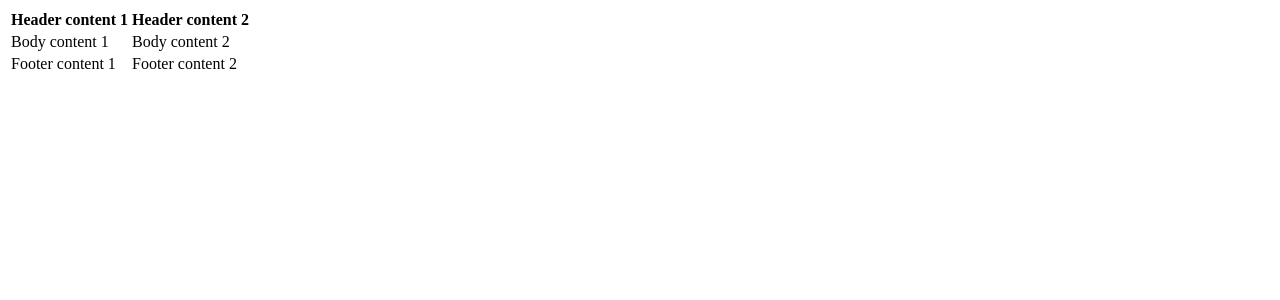
Repository: Bsharpenski/mini-movi-list
Page: html-excercise/favorites.html
An editor plug-in stored every save of this project. The page is shown before and after the next save, followed by the edit.
The browser window is 1280 px wide. The pictures show the whole page.

Above is the page before, as saved 2025-01-28 20:06:55.

### html-excercise/favorites.html
<!DOCTYPE html>
<html lang="en">
    <head>
        <meta charset="utf-8">
        <title>My First Page</title>
    </head>
    <body>
        <table>
            <thead>
              <tr>
                <th>Header content 1</th>
                <th>Header content 2</th>
              </tr>
            </thead>
            <tbody>
              <tr>
                <td>Body content 1</td>
                <td>Body content 2</td>
              </tr>
            </tbody>
            <tfoot>
              <tr>
                <td>Footer content 1</td>
                <td>Footer content 2</td>
              </tr>
            </tfoot>
          </table>
    </body>
</html>

After the next save:
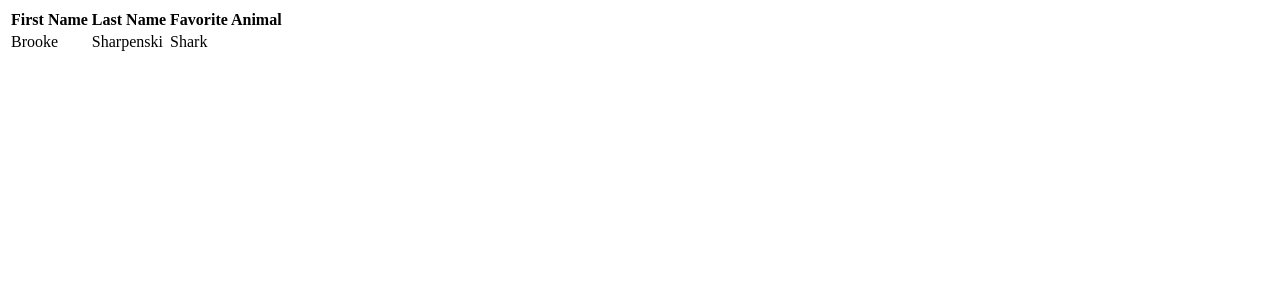
Saved 4 min 15 s later.
--- a/html-excercise/favorites.html
+++ b/html-excercise/favorites.html
@@ -8,22 +8,18 @@
         <table>
             <thead>
               <tr>
-                <th>Header content 1</th>
-                <th>Header content 2</th>
+                <th>First Name</th>
+                <th>Last Name</th>
+                <th>Favorite Animal</th>
               </tr>
             </thead>
             <tbody>
               <tr>
-                <td>Body content 1</td>
-                <td>Body content 2</td>
+                <td>Brooke</td>
+                <td>Sharpenski</td>
+                <td>Shark</td>
               </tr>
             </tbody>
-            <tfoot>
-              <tr>
-                <td>Footer content 1</td>
-                <td>Footer content 2</td>
-              </tr>
-            </tfoot>
           </table>
     </body>
 </html>
